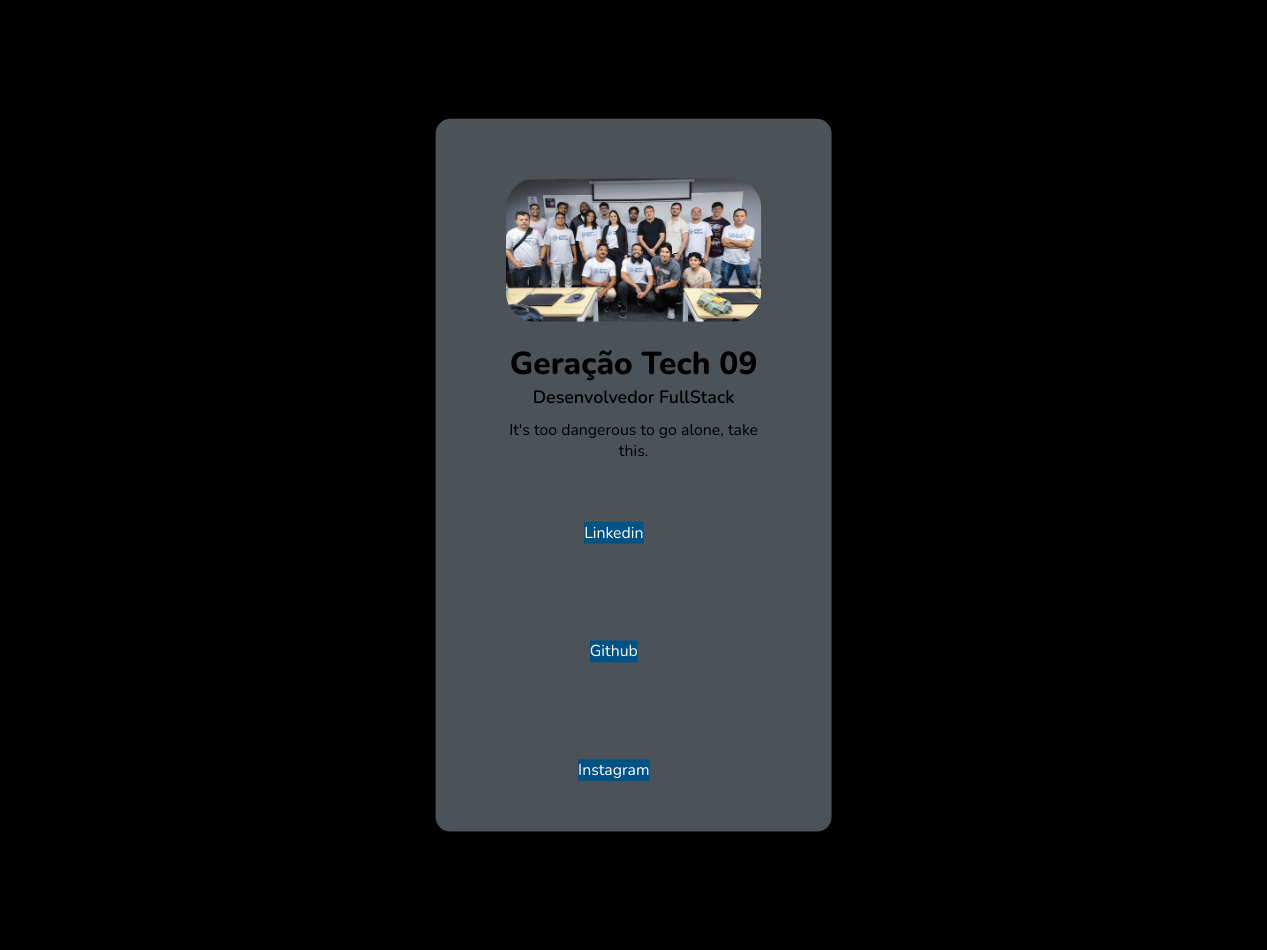
Repository: geracao-09/linktree-gt9
Page: index.html
These files come from the project's save history. The page is drawn as it stood at one moment and after the next save; the edit follows.
The browser window is 1280 px wide. The pictures show the whole page, at 99% of full size.

Above is the page before, as saved 2025-04-11 09:10:45.

### index.html
<!DOCTYPE html>
<html lang="pt-br">
  <head>
    <meta charset="UTF-8" />
    <meta name="viewport" content="width=device-width, initial-scale=1.0" />
    <title>Linktree do GT09</title>
    <link rel="stylesheet" href="style.css" />
    <link rel="preconnect" href="https://fonts.googleapis.com" />
    <link rel="preconnect" href="https://fonts.gstatic.com" crossorigin />
    <link href="https://fonts.googleapis.com/css2?family=Nunito:ital,wght@0,200..1000;1,200..1000&display=swap" rel="stylesheet" />
  </head>
  <body>
    <div class="container-main">
      <div class="container-image">
        <img src="./assets/image-profile.jpg" alt="Foto dos top 25 geracao tech" />
      </div>
      <div class="container-infos">
        <h1>Geração Tech 09</h1>
        <h2>Desenvolvedor FullStack</h2>
      </div>
      <div class="container-easter-egg">
        <p>It's too dangerous to go alone, take this.</p>
      </div>
      <div class="container-social">
        <ul>
          <li>
            <a href="https://www.linkedin.com/in/cesar-hideki-nagano-326b75115/" target="_blank"> Linkedin </a>
          </li>
          <li>
            <a href="https://github.com/geracao-09" target="_blank"> Github </a>
          </li>
          <li>
            <a href="https://www.instagram.com/hidekina/" target="_blank"> Instagram </a>
          </li>
        </ul>
      </div>
    </div>
  </body>
</html>

### style.css
* {
  font-family: "Nunito", sans-serif;
  margin: 0;
  padding: 0;
  box-sizing: border-box;
}

body {
  background-color: #000000;
}

.container-main {
  background-color: #4b5358;
  width: 400px;
  height: 720px;
  box-sizing: border-box;
  margin: 120px auto;
  padding: 60px;
  border-radius: 15px;
  text-align: center;
}

.container-image img {
  width: 258px;
  border-radius: 30px;
}

.container-infos {
  margin-top: 15px;
  margin-bottom: 10px;
}

.container-infos h1 {
    font-weight: 800;
}

.container-infos h2 {
    font-weight: 600;
    font-size: 18px;
}
.container-social ul {
  list-style-type: none;
}

.container-social a {
  text-decoration: none;
  color: white;
}

.container-social {
  margin-top: 40px;
}

.container-social ul {
  margin: 0;
  padding: 0;
}

.container-social li {
  width: 240px;
  height: 60px;
  margin: 60px 0;
}
.container-social a {
  background-color: #005184;

}

After the next save:
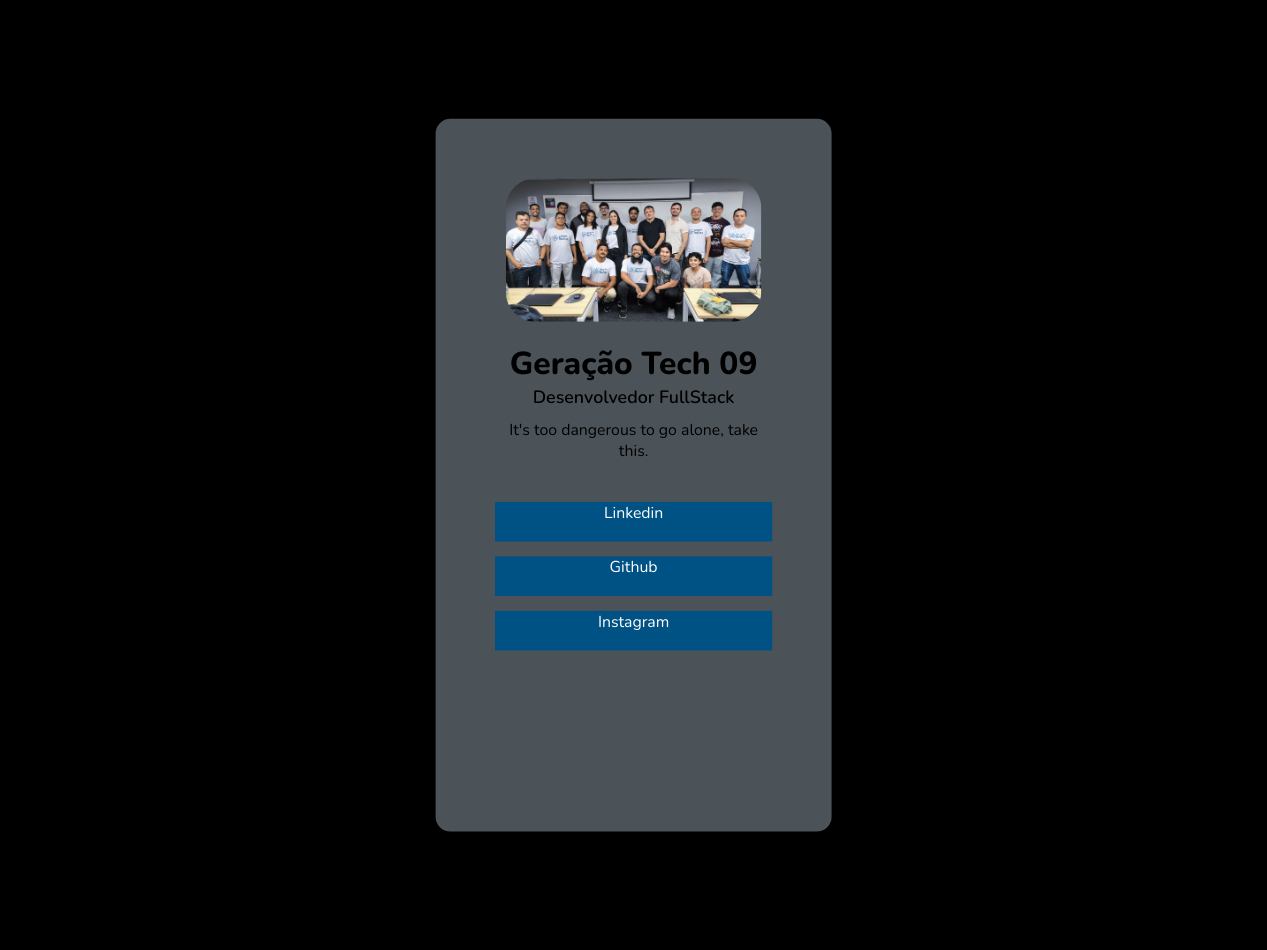
Saved 34 s later.
--- a/style.css
+++ b/style.css
@@ -51,17 +51,9 @@
   margin-top: 40px;
 }
 
-.container-social ul {
-  margin: 0;
-  padding: 0;
+.container-social li {
+  width: 280px;
+  height: 40px;
+  background-color: #005184;
+  margin: 15px 0;
 }
-
-.container-social li {
-  width: 240px;
-  height: 60px;
-  margin: 60px 0;
-}
-.container-social a {
-  background-color: #005184;
-
-}
